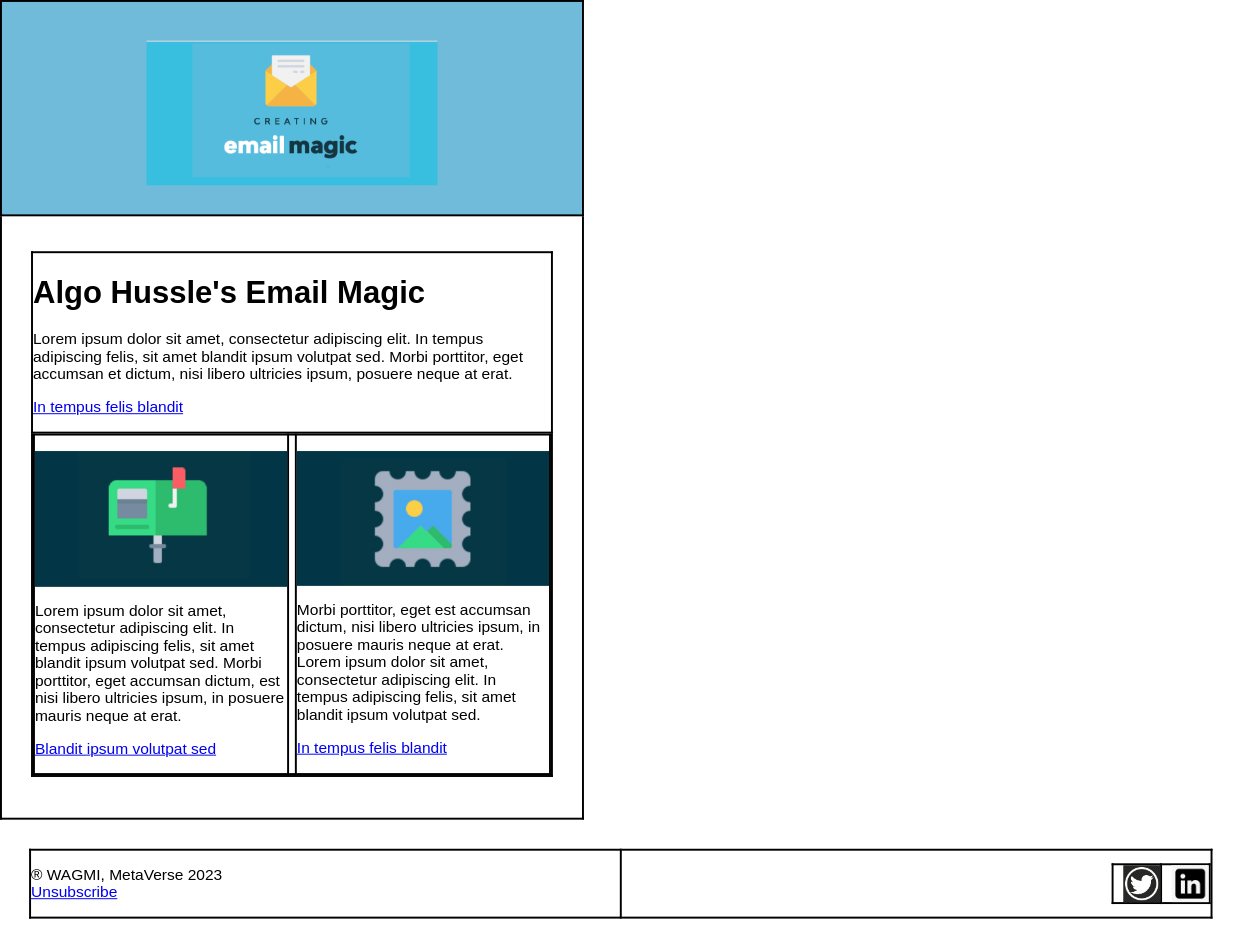
Repository: MikeeBuilds/email-template
Page: index.html
An editor plug-in stored every save of this project. The page is shown before and after a run of saves, followed by the edit.
The browser window is 1280 px wide. The pictures show the whole page, at 97% of full size.
Some web libraries are served in a nearby version.

Above is the page before, as saved 2022-11-25 13:19:08.

### index.html
<!DOCTYPE html>
<html lang="en" xmlns="http://www.w3.org./1999/xhtml" xmlns:0="urn:schemas-microsoft-com:office:office">
<head>
    <script src="https://kit.fontawesome.com/f8f61e487a.js" crossorigin="anonymous"></script>
    <meta charset="UTF-8">
    <meta http-equiv="X-UA-Compatible" content="IE=edge">
    <meta name="x-apple-disable-message-reformatting">
    <meta name="viewport" content="width=device-width, initial-scale=1.0">
    <link rel="stylesheet" href="styles.css">
    <title></title>
    <!--[if mso]>
        <noscript>
            <xml>
                <o:OfficeDocumentSettings>
                    <o:AllowPNG/>
                    <o:PixelsPerInch>96</o:PixelsPerInch>
                </o:OfficeDocumentSettings>
            </xml>
        <![endif]-->
        <style>
            table, td, div, h1, p {
                font-family: Arial, sans-serif;
            }
            table, td {
                border: 2px solid #000 !important;
            }
            </style>
<body style="margin: 0; padding: 0;">
    <table role="presentation" style="width: 602px; border-collapse: collapse; border: 1px solid #cccccc; border-spacing: 0; text-align: left;
    border-spacing: 0; background: #ffffff;">
        <tr>
            <td align="center" style="padding: 40px 0 30px 0; background: #70bbd9;">
                <img src="images/h1.png" alt="heading picture" width="300" style="height: auto; display: block;" />
            </td>
        </tr>
        <tr>
            <td align="center" style="padding: 36px 30px 42px 30px;">
                <table role="presentation" style="width:100%;border-collapse:collapse;border:0;border-spacing:0;">
                    <tr>
                        <td style="padding:0;">
                            <h1>Algo Hussle's Email Magic</h1>
<p>Lorem ipsum dolor sit amet, consectetur adipiscing elit. In tempus adipiscing felis, sit amet blandit ipsum volutpat sed. Morbi porttitor, eget accumsan et dictum, nisi libero ultricies ipsum, posuere neque at erat.</p>
<p><a href="http://www.example.com">In tempus felis blandit</a></p>

                        </td>
                    </tr>
                    <tr>
                        <td style="padding:0;">
                            <table role="presentation" style="width:100%;border-collapse:collapse;border:0;border-spacing:0;">
                                <tr>
                                    <td style="width:260px;padding:0;vertical-align:top;">
                                        <p><img src="images/left.png" alt="" width="260" style="height:auto;display:block;" /></p>
            <p>Lorem ipsum dolor sit amet, consectetur adipiscing elit. In tempus adipiscing felis, sit amet blandit ipsum volutpat sed. Morbi porttitor, eget accumsan dictum, est nisi libero ultricies ipsum, in posuere mauris neque at erat.</p>
            <p><a href="http://www.example.com">Blandit ipsum volutpat sed</a></p>
                                    </td>
                                    <td style="width:20px;padding:0;font-size:0;line-height:0;">&nbsp;</td>
                                    <td style="width:260px;padding:0;vertical-align:top;">
                                        <p><img src="images/right.png" alt="" width="260" style="height:auto;display:block;" /></p>
            <p>Morbi porttitor, eget est accumsan dictum, nisi libero ultricies ipsum, in posuere mauris neque at erat. Lorem ipsum dolor sit amet, consectetur adipiscing elit. In tempus adipiscing felis, sit amet blandit ipsum volutpat sed.</p>
            <p><a href="http://www.example.com">In tempus felis blandit</a></p>
        </td>
    </tr>
</table>

                                    </td>
                                </tr>
                            </table>
                        </td>
                    </tr>
                </table>
            </body>
        </head>


        <footer style="padding: 30px; background: linear-gradient(0.25turn, #3f87a6, #ebf87a1,)";>
            <table role="presentation" style="width:100%;border-collapse:collapse;border:0;border-spacing:0;">
                <tr>
                    <td style="padding:0;width:50%;" align="left">
                        <p>&reg; WAGMI, MetaVerse 2023<br/><a href="http://www.example.com">Unsubscribe</a></p>
                    </td>
                    <td style="padding:0;width:50%;" align="right">
                        <table role="presentation" style="border-collapse:collapse;border:0;border-spacing:0;">
                            <tr>
                                <td style="padding:0 0 0 10px;width:38px;">
                                    <a href="http://www.twitter.com/bankroll_miyagi"><img src="images/twitter.png" alt="Twitter" width="38" style="height:auto;display:block;border:0;" /></a>
                                </td>
                                <td style="padding:0 0 0 10px;width:38px;">
                                    <a href="http://www.linkedin.com/in/mike-woods-51b3b2257"><img src="images/linkedin.png" alt="Facebook" width="38" style="height:auto;display:block;border:0;" /></a>
                                </td>
                            </tr>
                        </table>
                    </td>
                </tr>
            </table>
        </footer>

        </html>

Loaded but not shown: styles.css (no stored copy; drawn as an empty file)

After the next 8 saves:
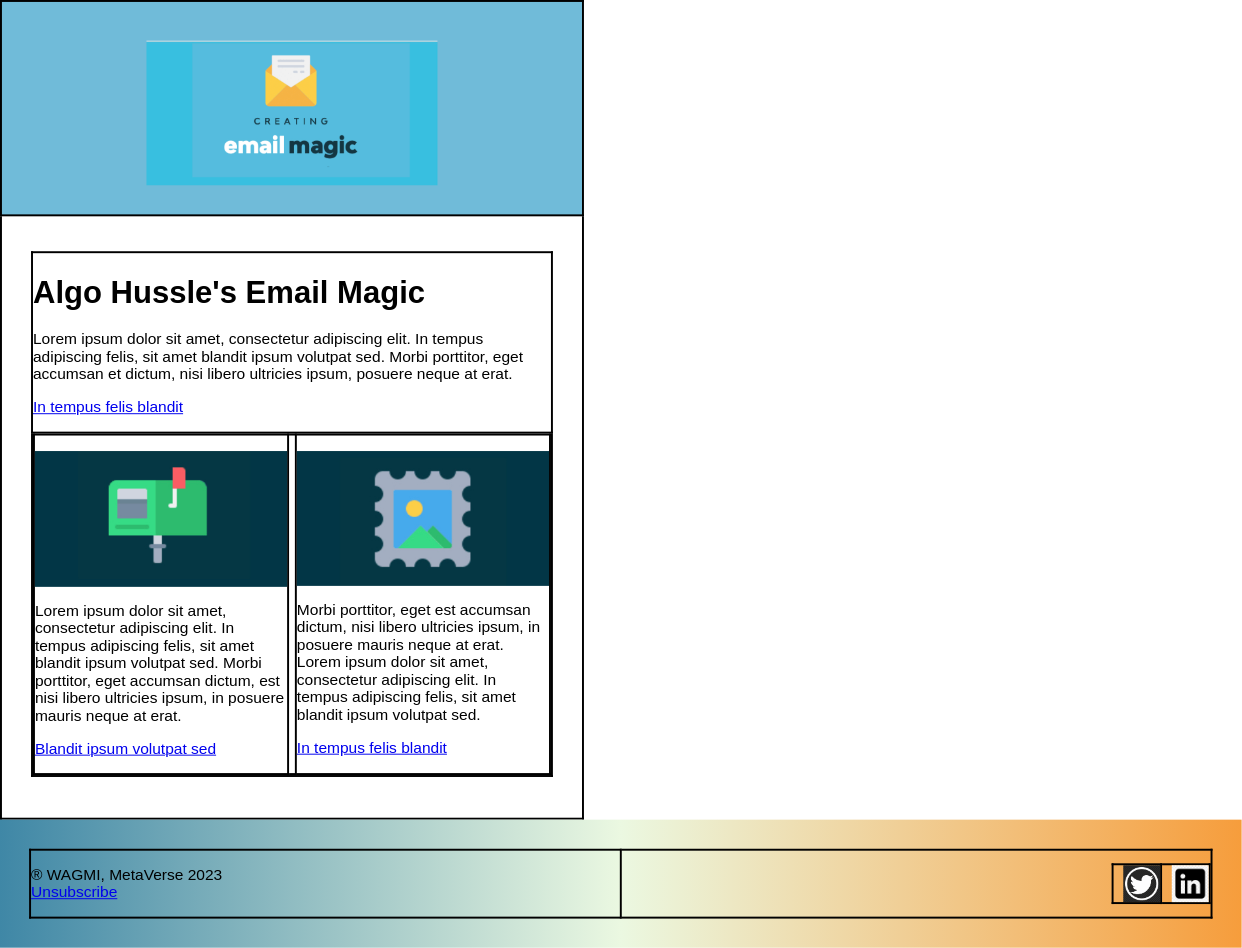
The 8 saves are shown as one change because they came seconds apart.
The last was saved 25 s later.
--- a/index.html
+++ b/index.html
@@ -72,7 +72,7 @@
         </head>
 
 
-        <footer style="padding: 30px; background: linear-gradient(0.25turn, #3f87a6, #ebf87a1,)";>
+        <footer style="padding: 30px; background: linear-gradient(0.25turn, #3f87a6, #ebf8e1, #f69d3c)";>
             <table role="presentation" style="width:100%;border-collapse:collapse;border:0;border-spacing:0;">
                 <tr>
                     <td style="padding:0;width:50%;" align="left">
